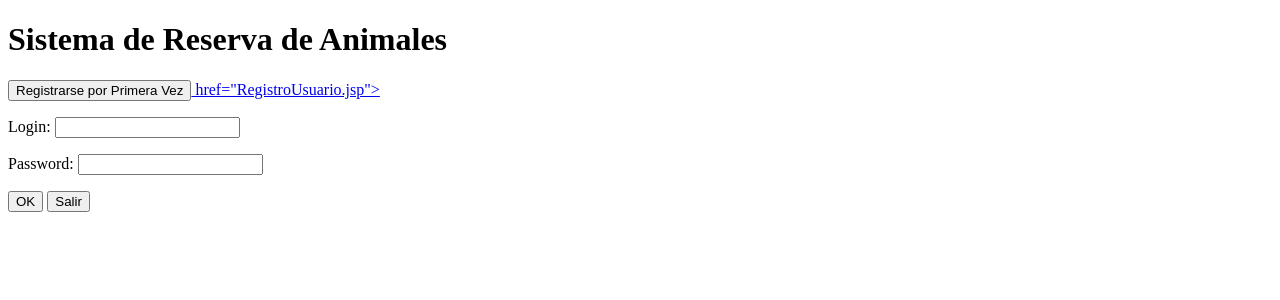
Repository: jorgesanchezfernandez/CodePortfolio
Page: http://localhost/Perrera/Main.jsp
The author's editor kept a copy of each file at every save. The page is drawn from the files as they stood at one save, then again after the next save.
The browser window is 1280 px wide. The pictures show the whole page.
The page is served by Tomcat 9.

Above is the page before, as saved 2006-05-04 15:09:49.

After the next save:
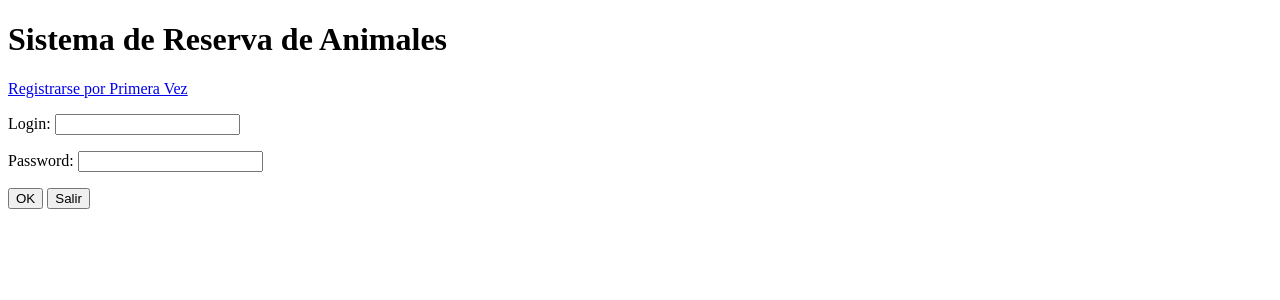
Saved 46 s later.
--- a/Java & Javascript/Web/Perrera/WebContent/Main.jsp
+++ b/Java & Javascript/Web/Perrera/WebContent/Main.jsp
@@ -9,7 +9,7 @@
 </head>
 <body>
 <H1>Sistema de Reserva de Animales</H1>
-  <P> <a href="RegistroUsuario.jsp"><input type="button" VALUE="Registrarse por Primera Vez"></input> href="RegistroUsuario.jsp"></a></P>
+  <P> <a href="RegistroUsuario.jsp">Registrarse por Primera Vez</a></P>
 <FORM action="FrontController?respuesta=VistaAnimales.jsp" method="post"></P>
   <P>Login: <INPUT TYPE="TEXT" NAME="user" SIZE="20"></p>
 
